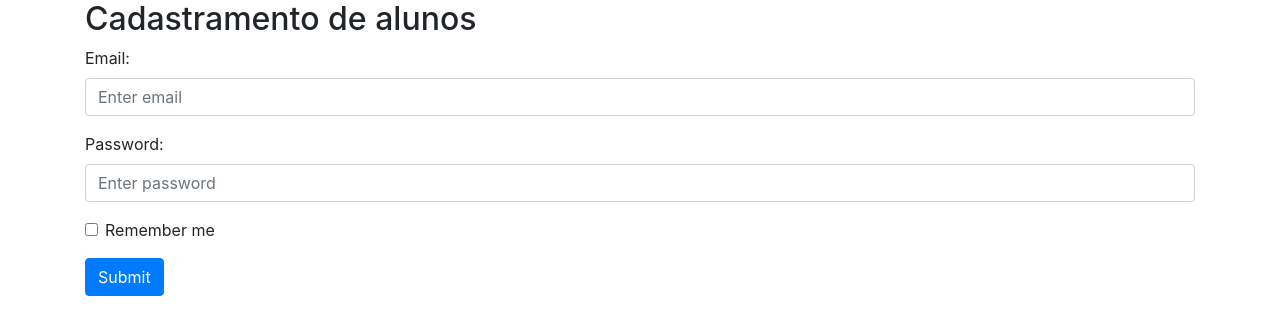
Repository: luizlav001/AT_Java_Web
Page: App2021/WebContent/login.html
An editor plug-in stored every save of this project. The page is shown before and after the next save, followed by the edit.
The browser window is 1280 px wide. The pictures show the whole page.

Above is the page before, as saved 2021-11-21 20:06:47.

### App2021/WebContent/login.html
<!DOCTYPE html>
<html>
<head>
<meta charset="ISO-8859-1">
<title>Insert title here</title>
<link rel="stylesheet" href="https://maxcdn.bootstrapcdn.com/bootstrap/4.5.2/css/bootstrap.min.css">
</head>
<body>
<div class="container">
  <h2>Cadastramento de alunos</h2>
  <form action="/action_page.php">
    <div class="form-group">
      <label for="email">Email:</label>
      <input type="email" class="form-control" id="email" placeholder="Enter email" name="email">
    </div>
    <div class="form-group">
      <label for="pwd">Password:</label>
      <input type="password" class="form-control" id="pwd" placeholder="Enter password" name="pswd">
    </div>
    <div class="form-group form-check">
      <label class="form-check-label">
        <input class="form-check-input" type="checkbox" name="remember"> Remember me
      </label>
    </div>
    <button type="submit" class="btn btn-primary">Submit</button>
  </form>
</div>

</body>
</html>

After the next save:
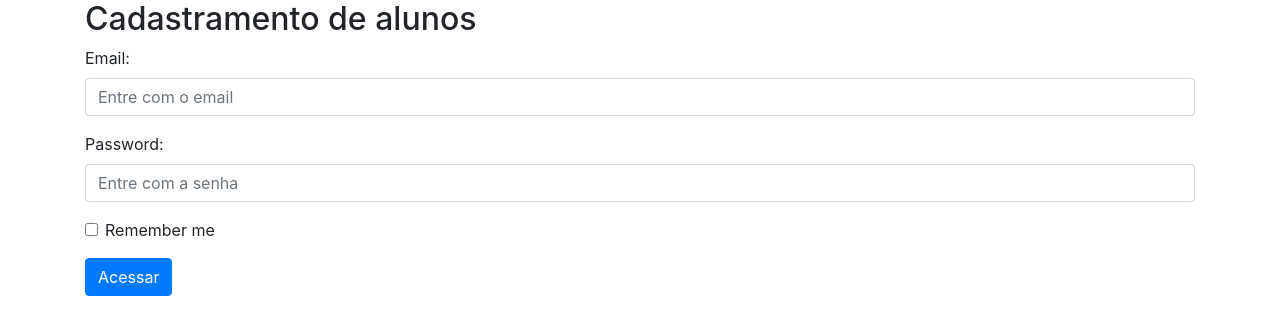
Saved 3 min 19 s later.
--- a/App2021/WebContent/login.html
+++ b/App2021/WebContent/login.html
@@ -8,21 +8,21 @@
 <body>
 <div class="container">
   <h2>Cadastramento de alunos</h2>
-  <form action="/action_page.php">
+  <form action="">
     <div class="form-group">
       <label for="email">Email:</label>
-      <input type="email" class="form-control" id="email" placeholder="Enter email" name="email">
+      <input type="email" class="form-control" id="email" placeholder="Entre com o email" name="email">
     </div>
     <div class="form-group">
       <label for="pwd">Password:</label>
-      <input type="password" class="form-control" id="pwd" placeholder="Enter password" name="pswd">
+      <input type="password" class="form-control" id="pwd" placeholder="Entre com a senha" name="senha">
     </div>
     <div class="form-group form-check">
       <label class="form-check-label">
         <input class="form-check-input" type="checkbox" name="remember"> Remember me
       </label>
     </div>
-    <button type="submit" class="btn btn-primary">Submit</button>
+    <button type="submit" class="btn btn-primary">Acessar</button>
   </form>
 </div>
 
